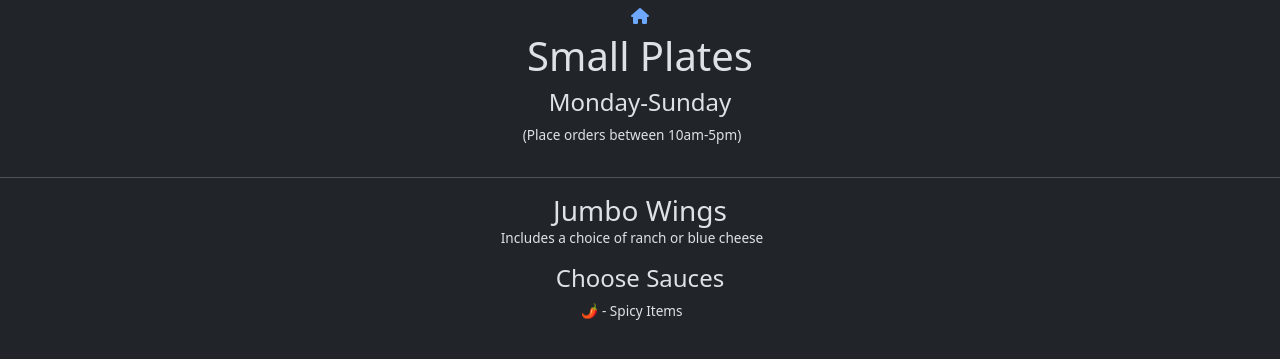
Repository: dukedward/smokehousemenu
Page: plates/index.html
These files come from the project's save history. The page is drawn as it stood at one moment and after the next save; the edit follows.
The browser window is 1280 px wide. The pictures show the whole page.
Some web libraries are served in a nearby version.

Above is the page before, as saved 2023-03-06 12:44:30.

### plates/index.html
<!DOCTYPE html>
<html lang="en" data-bs-theme="dark">
<head>
    <meta charset="UTF-8">
    <meta http-equiv="X-UA-Compatible" content="IE=edge">
    <meta name="viewport" content="width=device-width, initial-scale=1.0">
    <link rel="stylesheet" href="https://cdnjs.cloudflare.com/ajax/libs/font-awesome/6.3.0/css/all.min.css" integrity="sha512-SzlrxWUlpfuzQ+pcUCosxcglQRNAq/DZjVsC0lE40xsADsfeQoEypE+enwcOiGjk/bSuGGKHEyjSoQ1zVisanQ==" crossorigin="anonymous" referrerpolicy="no-referrer" />
    <link href="https://cdn.jsdelivr.net/npm/bootstrap@5.3.0-alpha1/dist/css/bootstrap.min.css" rel="stylesheet" integrity="sha384-GLhlTQ8iRABdZLl6O3oVMWSktQOp6b7In1Zl3/Jr59b6EGGoI1aFkw7cmDA6j6gD" crossorigin="anonymous">
    <link rel="stylesheet" href="../style.css" />
    <link rel="shortcut icon" href="../images/favicon.ico" type="image/x-icon">
    <title>Small Plates</title>
</head>
<body>
    <div class="title">
        <a href="/">
            <i class="fa-solid fa-house mt-2 mb-2"></i>
        </a>
        <h1>Small Plates</h1>
        <h4>Monday-Sunday</h4>
        <p>(Place orders between 10am-5pm)</p>
    </div>
    <!-- <hr>
    <div class="sections">
        <div class="sect">
            <h3>Jumbo Wings</h3>
            <div class="desc">
                <p>Includes a choice of ranch or blue cheese</p>
            </div>
            <div class="sub-sect">
                <h4>Choose Amount:</h4>
                <ul>
                    <li>5pc - $7.50</li>
                    <li>10pc - $13</li>
                    <li>20pc - $22</li>
                    <li>30pc - $31</li>
                </ul>
            </div>
            <div class="sub-sect">
                <h4>Choose Style:</h4>
                <ul>
                    <li>Traditional Fried</li>
                    <li>Smoke Fried</li>
                    <li>Signature Wild Wings</li>
                </ul>
            </div>
            <div class="sub-sect">
                <h4>Choose Sauces:</h4>
                <div class="desc">
                    <p>🌶️ - Spicy items</p>
                </div>
                <ul>
                    <li>Greg's Sweet BBQ</li>
                    <li>Sweet Teriyaki</li>
                    <li>Garlic Parmesan</li>
                    <li>Honey Mustard</li>
                    <li>Lemon Pepper</li>
                    <li>Carolina Gold 🌶️</li>
                    <li>Buffalo Sauce 🌶️</li>
                    <li>Hot Garlic 🌶️</li>
                    <li>Hot Honey Garlic 🌶️</li>
                    <li>Greg's Spicy BBQ (Sweet & Spicy) 🌶️</li>
                    <li>Honey Sriracha 🌶️</li>
                    <li>Spicy Honey Mustard 🌶️</li>
                    <li>Sweet Thai Chili 🌶️</li>
                </ul>
            </div>
        </div>
        <hr>
        <div class="sect">
            <h3>Smoked Pork Ribs</h3>
            <ul>
                <li>(2) Bone - $7</li>
                <li>Half Rack - $17.50</li>
                <li>Full Rack - $33</li>
            </ul>
            <h3>Smoked Beef Ribs</h3>
            <ul>
                <li>(1) Bone - $15</li>
                <li>(2) Bones - $25</li>
            </ul>
        </div>
        <hr>
        <div class="sect">
            <h3>Regular Sides</h3>
            <div class="desc">
                <p>Small - $4</p>
                <p>Large - $6</p>
            </div>
            <ul>
                <li>Seasoned Fries</li>
                <li>Tater Tots</li>
            </ul>
            <h3>Specialty Sides</h3>
            <div class="desc">
                <p>Cup - $7</p>
                <p>Pint - $12</p>
                <p>Quart - $21</p>
            </div>
            <ul>
                <li>White chedder Mac-n-Cheese</li>
                <li>Mommas Baked Beans (made w/ beef)</li>
                <li>Southern Green Beans (made w/ Turkey)</li>
            </ul>
            <h3>Garlic Toast</h3>
            <ul>
                <li>Small Basket (3) - $4</li>
                <li>Large Basket (6) - $6</li>
            </ul>
        </div>
        <hr>
        <div class="sect">
            <h3>Plates</h3>
            <div class="desc">
                <p>Includes 1 side & garlic toast</p>
                <p>$3 extra for specialty sides</p>
            </div>
            <ul>
                <li>Fried Shrimp Plate - $16</li>
                <li>Fried Catfish Plate - $16</li>
                <li>Small Wing Plate (5) - $10</li>
                <li>Large Wing Plate (10) - $16</li>
                <li>Chicken Finger Plate (4) - $12</li>
                <li>BBQ Chicken Plate (Leg & Thigh) - $11</li>
                <li>Fried Chicken Plate (Leg & Thigh) - $12</li>
                <li>Pulled Pork (1/2 lb) - $13</li>
                <li>Pork Rib Plate (4) - $15</li>
                <li>Beef Short Rib Plate (1/2 lb) - $20</li>
                <li>Smoked Sausage (1 lb Sliced) - $12</li>
            </ul>
        </div>
        <hr>
        <div class="sect">
            <h3>Sandwiches</h3>
            <div class="desc">
                <p>Includes one side</p>
            </div>
            <ul>
                <li>Chicken Sandwich - $13</li>
                <li>Short Rib Sandwich - $18</li>
                <li>Sausage & Peppers Pork - $15</li>
                <li>Cheese Burger - $11</li>
            </ul>
            <h3>Sliders</h3>
            <div class="desc">
                <p>Includes one side and sauce of choice</p>
            </div>
            <ul>
                <li>Chicken Sliders - $12</li>
                <li>Pulled Pork Sliders - $14</li>
                <li>Beef Short Rib Sliders - $16</li>
                <li>Mix-n-Match Sliders - $15</li>
            </ul>
        </div>
        <hr>
        <div class="sect">
            <h3>Add Ons</h3>
            <ul>
                <li>Side Shrimp (1/4 lb) - $7</li>
                <li>Catfish (1) - $7</li>
                <li>Chicken Finger (1) - $3</li>
                <li>Pork Sausage (1) - $7</li>
            </ul>
        </div>
    </div> -->
    <div class="bottom"></div>
    <script src="https://cdn.jsdelivr.net/npm/bootstrap@5.3.0-alpha1/dist/js/bootstrap.bundle.min.js" integrity="sha384-w76AqPfDkMBDXo30jS1Sgez6pr3x5MlQ1ZAGC+nuZB+EYdgRZgiwxhTBTkF7CXvN" crossorigin="anonymous"></script>
    <script src="../script.js"></script>
</body>
</html>

### style.css
.container {
    height: 100vh;
}

.title {
	display: flex;
	flex-direction: column;
	justify-content: center;
	align-items: center;
}

.sections {
	display: grid;
}

.sect, .sub-sect {
	display: flex;
	flex-direction: column;
	justify-content: left;
	align-items: center;
}

.sect h2,h3 {
    margin-bottom: 0;
}

.desc {
    display: flex;
    flex-direction: row;
    justify-content: space-between;
}

.desc p,.title p {
    padding-right: 1rem;
    font-size: .85rem;
}

### script.js
// Collecting DOM Elements
const bottom = document.querySelector('.bottom');
const sections = document.querySelector('.sections');

// API Data
const categories = [
    {
        name: 'Jumbo Wings',
        hasSubSection: true,
        description: [
            {
                text: 'Includes a choice of ranch or blue cheese',
            },
        ],
    },
];
const products = [
    {
        name: 'Greg\'s Spicy BBQ (Sweet & Spicy) 🌶️',
        image: '',
        price: 0,
        category: '640533ab345c72c36a197c35'
    },
];
const subCategories = [
    {
        name: 'Choose Sauces',
        description: [
            {
                text: '🌶️ - Spicy Items',
            },
        ],
        category: {
            _id: '640533ab345c72c36a197c35',
        },
    },
];

document.body.onload = addSection;

function addSection() {
    for(i=0; i < categories.length; i++) {
            // create a new div element
            const lineBreak = document.createElement("hr");
            const newDiv = document.createElement("div");
            newDiv.className = "sect";

            // and give it some content
            // Section Title
            const newSectTitle = document.createElement("h3");
            newSectTitle.innerHTML = categories[i].name;

            // Section Description
            const newDesc = document.createElement("div");
            newDesc.className = "desc";
            for(e=0; e < categories[i].description.length; e++ ) {
                const newDescText = document.createElement("p");
                newDescText.innerHTML = categories[i].description[i].text;
                newDesc.appendChild(newDescText);
            }

            if(categories[i].hasSubSection === true) {
                for (s=0; s < subCategories.length; s++) {
                    // Sub Section
                    const newSubSect = document.createElement("div");
                    newSubSect.className = "sub-sect";

                    // Sub Section Title
                    const newSubSectTitle = document.createElement("h4");
                    newSubSectTitle.innerHTML = subCategories[s].name;

                    // Sub Section Description
                    const newSubSectDesc = document.createElement('div');
                    newSubSectDesc.className = "desc";
                    for (d=0; d < subCategories[s].description.length; d++) {
                        const newSubSectDescText = document.createElement("p");
                        newSubSectDescText.innerHTML = subCategories[s].description[d].text;
                        newSubSectDesc.appendChild(newSubSectDescText);

                        // Sub Section List
                        const newSubSectList = document.createElement('ul');
                        for (p=0; p > products.length; p++) {
                            const newSubSectListItem = document.createElement('li');
                            newSubSectListItem.innerHTML = products[p].name
                            newSubSectList.appendChild(newSubSectListItem)
                        }

                        // Appending all elements to Sub Section
                        newSubSect.appendChild(newSubSectTitle)
                        newSubSect.appendChild(newSubSectDesc)
                        newSubSect.appendChild(newSubSectList)

                        // Appending all elements to Parent Div
                        newDiv.appendChild(newSectTitle);
                        newDiv.appendChild(newDesc);
                        newDiv.appendChild(newSubSect)
                    }
                }
            } else {
                //  Section List
                const newSectList = document.createElement('ul');
                const newSectListItem = document.createElement('li');
                newSectListItem.innerHTML = products[0].name
                newSectList.appendChild(newSectListItem)

                // Appending all elements to Parent Div
                newDiv.appendChild(newSectTitle);
                newDiv.appendChild(newDesc);
                newDiv.appendChild(newSectList)
            }

            // add the newly created element and its content into the DOM
            document.body.insertBefore(lineBreak, bottom)
            document.body.insertBefore(newDiv, bottom)
            }
}

After the next save:
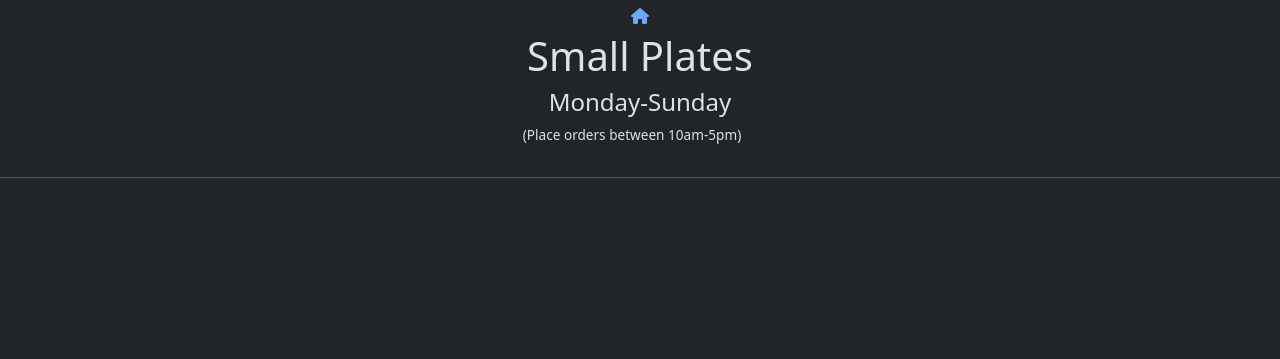
Saved 31 s later.
--- a/script.js
+++ b/script.js
@@ -83,17 +83,17 @@ function addSection() {
                             const newSubSectListItem = document.createElement('li');
                             newSubSectListItem.innerHTML = products[p].name
                             newSubSectList.appendChild(newSubSectListItem)
+
+                            // Appending all elements to Sub Section
+                            newSubSect.appendChild(newSubSectTitle)
+                            newSubSect.appendChild(newSubSectDesc)
+                            newSubSect.appendChild(newSubSectList)
+
+                            // Appending all elements to Parent Div
+                            newDiv.appendChild(newSectTitle);
+                            newDiv.appendChild(newDesc);
+                            newDiv.appendChild(newSubSect)
                         }
-
-                        // Appending all elements to Sub Section
-                        newSubSect.appendChild(newSubSectTitle)
-                        newSubSect.appendChild(newSubSectDesc)
-                        newSubSect.appendChild(newSubSectList)
-
-                        // Appending all elements to Parent Div
-                        newDiv.appendChild(newSectTitle);
-                        newDiv.appendChild(newDesc);
-                        newDiv.appendChild(newSubSect)
                     }
                 }
             } else {
